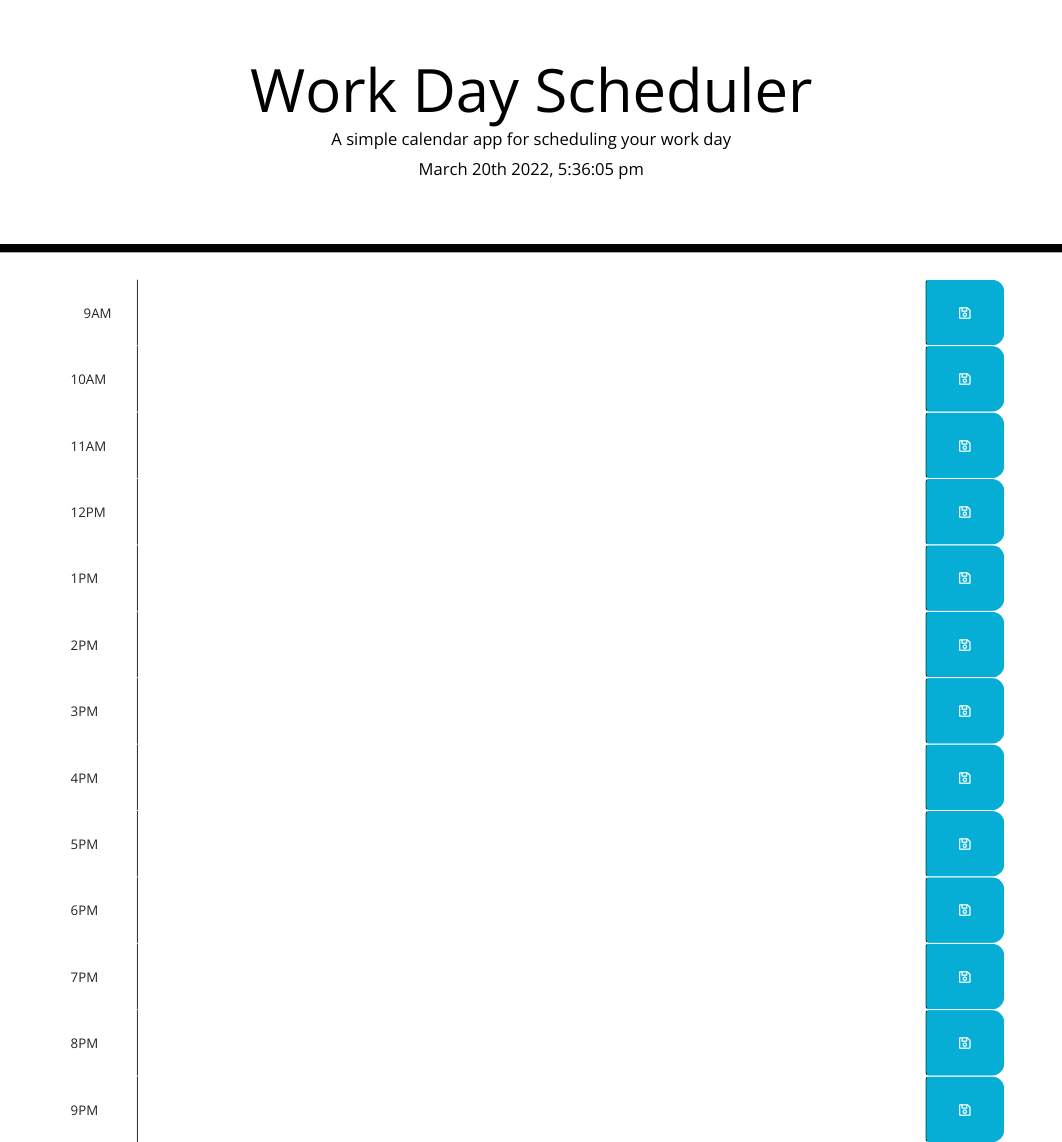
Repository: cobalt88/work-day-scheduler
Page: index.html
The author's editor kept a copy of each file at every save. The page is drawn from the files as they stood at one save, then again after the next save.
The browser window is 1280 px wide. The pictures show the whole page, at 83% of full size.
Some web libraries are served in a nearby version.

Above is the page before, as saved 2022-03-25 17:25:37.

### index.html
<!DOCTYPE html>
<html lang="en">
  <head>
    <meta charset="UTF-8" />
    <meta name="viewport" content="width=device-width, initial-scale=1.0" />
    <meta http-equiv="X-UA-Compatible" content="ie=edge" />
    <link
      rel="stylesheet"
      href="https://stackpath.bootstrapcdn.com/bootstrap/4.3.1/css/bootstrap.min.css"
    />
    <link
      rel="stylesheet"
      href="https://use.fontawesome.com/releases/v5.8.1/css/all.css"
      integrity="sha384-50oBUHEmvpQ+1lW4y57PTFmhCaXp0ML5d60M1M7uH2+nqUivzIebhndOJK28anvf"
      crossorigin="anonymous"
    />
    <link
      href="https://fonts.googleapis.com/css?family=Open+Sans&display=swap"
      rel="stylesheet"
    />
    <link rel="stylesheet" href="./assets/style.css" />
    <title>Work Day Scheduler</title>
  </head>

  <body>
    <header class="jumbotron">
      <h1 class="display-3">Work Day Scheduler</h1>
      <p class="lead">A simple calendar app for scheduling your work day</p>
      <p id="currentDay" class="lead"></p>
    </header>
    <div class="container">
      <!-- Timeblocks go here -->

      <div class="row time-block" id="hr-9A">
        <div class="col-xl-1  col-md-1 col-2">
          9AM
        </div>
        <textarea class="col-xl-10 col-md-10 col-8 "></textarea>
        <button class="btn saveBtn col-xl-1 col-md-1 col-2 far fa-save"></button>
      </div>

      <div class="row time-slot" id="hr-10A">
        <div class="col-xl-1 col-md-1 col-2">
          10AM
        </div>
        <textarea class="col-xl-10 col-md-10 col-8 "></textarea>
        <button class="btn saveBtn col-xl-1 col-md-1 col-2 far fa-save"></button>
      </div>

      <div class="row time-slot" id="hr-11A">
        <div class="col-xl-1 col-md-1 col-2">
          11AM
        </div>
        <textarea class="col-xl-10 col-md-10 col-8 "></textarea>
        <button class="btn saveBtn col-xl-1 col-md-1 col-2 far fa-save"></button>
      </div>

      <div class="row time-slot" id="hr-12P">
        <div class="col-xl-1 col-md-1 col-2">
          12PM
        </div>
        <textarea class="col-xl-10 col-md-10 col-8 "></textarea>
        <button class="btn saveBtn col-xl-1 col-md-1 col-2 far fa-save"></button>
      </div>

      <div class="row time-slot" id="hr-1P">
        <div class="col-xl-1 col-md-1 col-2">
          1PM
        </div>
        <textarea class="col-xl-10 col-md-10 col-8 "></textarea>
        <button class="btn saveBtn col-xl-1 col-md-1 col-2 far fa-save"></button>
      </div>

      <div class="row time-slot" id="hr-2P">
        <div class="col-xl-1 col-md-1 col-2">
          2PM
        </div>
        <textarea class="col-xl-10 col-md-10 col-8 "></textarea>
        <button class="btn saveBtn col-xl-1 col-md-1 col-2 far fa-save"></button>
      </div>

      <div class="row time-slot" id="hr-3P">
        <div class="col-xl-1 col-md-1 col-2">
          3PM
        </div>
        <textarea class="col-xl-10 col-md-10 col-8 "></textarea>
        <button class="btn saveBtn col-xl-1 col-md-1 col-2 far fa-save"></button>
      </div>

      <div class="row time-slot" id="hr-4P">
        <div class="col-xl-1 col-md-1 col-2">
          4PM
        </div>
        <textarea class="col-xl-10 col-md-10 col-8 "></textarea>
        <button class="btn saveBtn col-xl-1 col-md-1 col-2 far fa-save"></button>
      </div>

      <div class="row time-slot" id="hr-5P">
        <div class="col-xl-1 col-md-1 col-2">
          5PM
        </div>
        <textarea class="col-xl-10 col-md-10 col-8 "></textarea>
        <button class="btn saveBtn col-xl-1 col-md-1 col-2 far fa-save"></button>
      </div>

      <div class="row time-slot" id="hr-6P">
        <div class="col-xl-1 col-md-1 col-2">
          6PM
        </div>
        <textarea class="col-xl-10 col-md-10 col-8 "></textarea>
        <button class="btn saveBtn col-xl-1 col-md-1 col-2 far fa-save"></button>
      </div>

      <div class="row time-slot" id="hr-7P">
        <div class="col-xl-1 col-md-1 col-2">
          7PM
        </div>
        <textarea class="col-xl-10 col-md-10 col-8 "></textarea>
        <button class="btn saveBtn col-xl-1 col-md-1 col-2 far fa-save"></button>
      </div>

      <div class="row time-slot" id="hr-8P">
        <div class="col-xl-1 col-md-1 col-2">
          8PM
        </div>
        <textarea class="col-xl-10 col-md-10 col-8 "></textarea>
        <button class="btn saveBtn col-xl-1 col-md-1 col-2 far fa-save"></button>
      </div>

      <div class="row time-slot" id="hr-9P">
        <div class="col-xl-1 col-md-1 col-2">
          9PM
        </div>
        <textarea class="col-xl-10 col-md-10 col-8 "></textarea>
        <button class="btn saveBtn col-xl-1 col-md-1 col-2 far fa-save"></button>
      </div>


    </div>

    <script src="https://code.jquery.com/jquery-3.4.1.min.js"></script>
    <script src="https://cdnjs.cloudflare.com/ajax/libs/moment.js/2.24.0/moment.min.js"></script>
    <script src="./assets/logic.js"></script>
  </body>
</html>

### assets/style.css
body {
  font-family: 'Open Sans', sans-serif;
  font-size: 16px;
  line-height: 1;
}

textarea{
  background: transparent;
  border: none;
  resize: none;
  color: #000000;
  border-left: 1px solid black;
  padding: 10px;
}

.jumbotron {
  text-align: center;
  background-color: transparent;
  color: black;
  border-radius: 0;
  border-bottom: 10px solid black;
}

.description{
  white-space: pre-wrap;
}

.time-block{
  text-align: center;
  border-radius: 15px;
}

.row {
  white-space: pre-wrap;
  height: 80px;
  border-top: 1px solid white;;
}

.hour {
  background-color: #ffffff;
  color: #000000;
  border-top: 1px dashed #000000;
}

.past {
  background-color: #d3d3d3;
  color: white;
}

.present {
  background-color: #ff6961;
  color: white;
}

.future {
  background-color: #77dd77;
  color: white;
}

.saveBtn {
  border-left: 1px solid black;
  border-top-right-radius: 15px;
  border-bottom-right-radius: 15px;
  background-color: #06AED5;
  color: white;
}

.saveBtn i:hover {
  font-size: 20px;
  transition: all .3s ease-in-out;
}

### assets/logic.js



function updateTime(){
var currentDate = moment().format('MMMM Do YYYY, h:mm:ss a');
$("#currentDay").html(currentDate);
}

updateTime();
setInterval(function() {
  updateTime();
}, 1000);

After the next save:
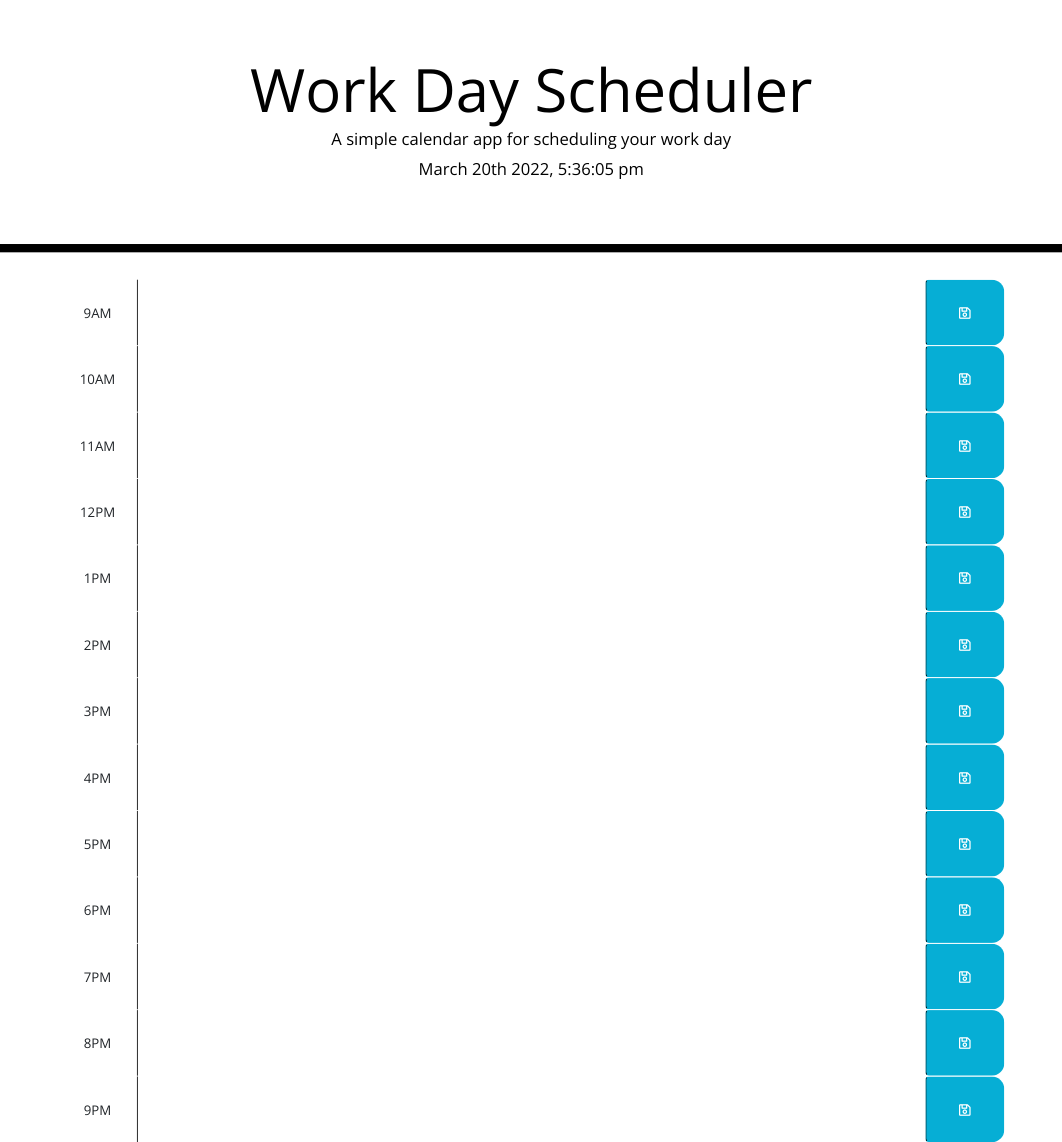
Saved 26 s later.
--- a/index.html
+++ b/index.html
@@ -39,7 +39,7 @@
         <button class="btn saveBtn col-xl-1 col-md-1 col-2 far fa-save"></button>
       </div>
 
-      <div class="row time-slot" id="hr-10A">
+      <div class="row time-block" id="hr-10A">
         <div class="col-xl-1 col-md-1 col-2">
           10AM
         </div>
@@ -47,7 +47,7 @@
         <button class="btn saveBtn col-xl-1 col-md-1 col-2 far fa-save"></button>
       </div>
 
-      <div class="row time-slot" id="hr-11A">
+      <div class="row time-block" id="hr-11A">
         <div class="col-xl-1 col-md-1 col-2">
           11AM
         </div>
@@ -55,7 +55,7 @@
         <button class="btn saveBtn col-xl-1 col-md-1 col-2 far fa-save"></button>
       </div>
 
-      <div class="row time-slot" id="hr-12P">
+      <div class="row time-block" id="hr-12P">
         <div class="col-xl-1 col-md-1 col-2">
           12PM
         </div>
@@ -63,7 +63,7 @@
         <button class="btn saveBtn col-xl-1 col-md-1 col-2 far fa-save"></button>
       </div>
 
-      <div class="row time-slot" id="hr-1P">
+      <div class="row time-block" id="hr-1P">
         <div class="col-xl-1 col-md-1 col-2">
           1PM
         </div>
@@ -71,7 +71,7 @@
         <button class="btn saveBtn col-xl-1 col-md-1 col-2 far fa-save"></button>
       </div>
 
-      <div class="row time-slot" id="hr-2P">
+      <div class="row time-block" id="hr-2P">
         <div class="col-xl-1 col-md-1 col-2">
           2PM
         </div>
@@ -79,7 +79,7 @@
         <button class="btn saveBtn col-xl-1 col-md-1 col-2 far fa-save"></button>
       </div>
 
-      <div class="row time-slot" id="hr-3P">
+      <div class="row time-block" id="hr-3P">
         <div class="col-xl-1 col-md-1 col-2">
           3PM
         </div>
@@ -87,7 +87,7 @@
         <button class="btn saveBtn col-xl-1 col-md-1 col-2 far fa-save"></button>
       </div>
 
-      <div class="row time-slot" id="hr-4P">
+      <div class="row time-block" id="hr-4P">
         <div class="col-xl-1 col-md-1 col-2">
           4PM
         </div>
@@ -95,7 +95,7 @@
         <button class="btn saveBtn col-xl-1 col-md-1 col-2 far fa-save"></button>
       </div>
 
-      <div class="row time-slot" id="hr-5P">
+      <div class="row time-block" id="hr-5P">
         <div class="col-xl-1 col-md-1 col-2">
           5PM
         </div>
@@ -103,7 +103,7 @@
         <button class="btn saveBtn col-xl-1 col-md-1 col-2 far fa-save"></button>
       </div>
 
-      <div class="row time-slot" id="hr-6P">
+      <div class="row time-block" id="hr-6P">
         <div class="col-xl-1 col-md-1 col-2">
           6PM
         </div>
@@ -111,7 +111,7 @@
         <button class="btn saveBtn col-xl-1 col-md-1 col-2 far fa-save"></button>
       </div>
 
-      <div class="row time-slot" id="hr-7P">
+      <div class="row time-block" id="hr-7P">
         <div class="col-xl-1 col-md-1 col-2">
           7PM
         </div>
@@ -119,7 +119,7 @@
         <button class="btn saveBtn col-xl-1 col-md-1 col-2 far fa-save"></button>
       </div>
 
-      <div class="row time-slot" id="hr-8P">
+      <div class="row time-block" id="hr-8P">
         <div class="col-xl-1 col-md-1 col-2">
           8PM
         </div>
@@ -127,7 +127,7 @@
         <button class="btn saveBtn col-xl-1 col-md-1 col-2 far fa-save"></button>
       </div>
 
-      <div class="row time-slot" id="hr-9P">
+      <div class="row time-block" id="hr-9P">
         <div class="col-xl-1 col-md-1 col-2">
           9PM
         </div>
